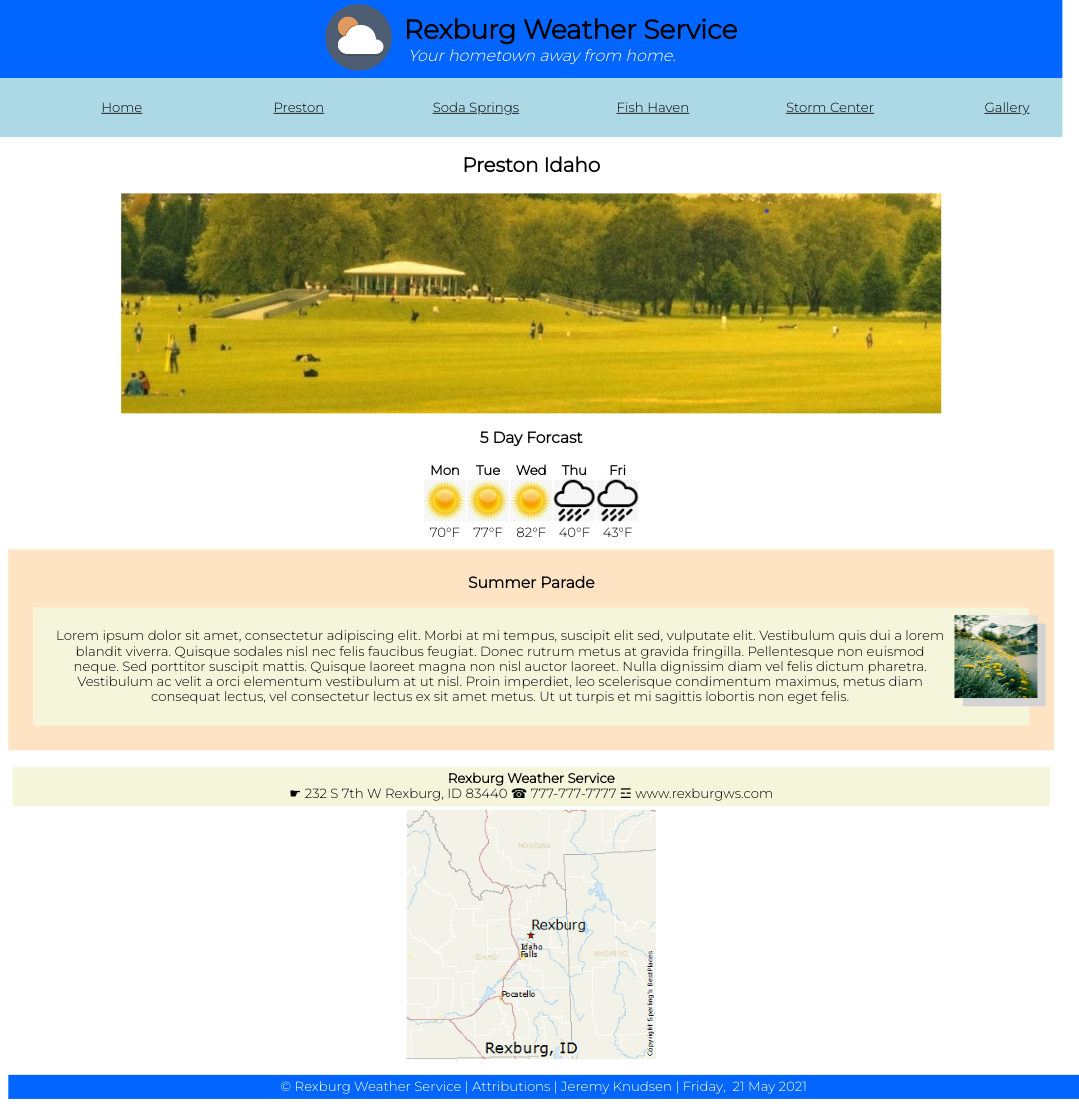
Repository: jknudsen97/jknudsen97.github.io
Page: lesson05/preston-5.html
These files come from the project's save history. The page is drawn as it stood at one moment and after the next save; the edit follows.
The browser window is 1280 px wide. The page is 1300 px wide, so the pictures cover 1300 px, including what lies to the right of the window. The pictures show the whole page, at 83% of full size.

Above is the page before, as saved 2021-05-22 16:43:28.

After the next save:
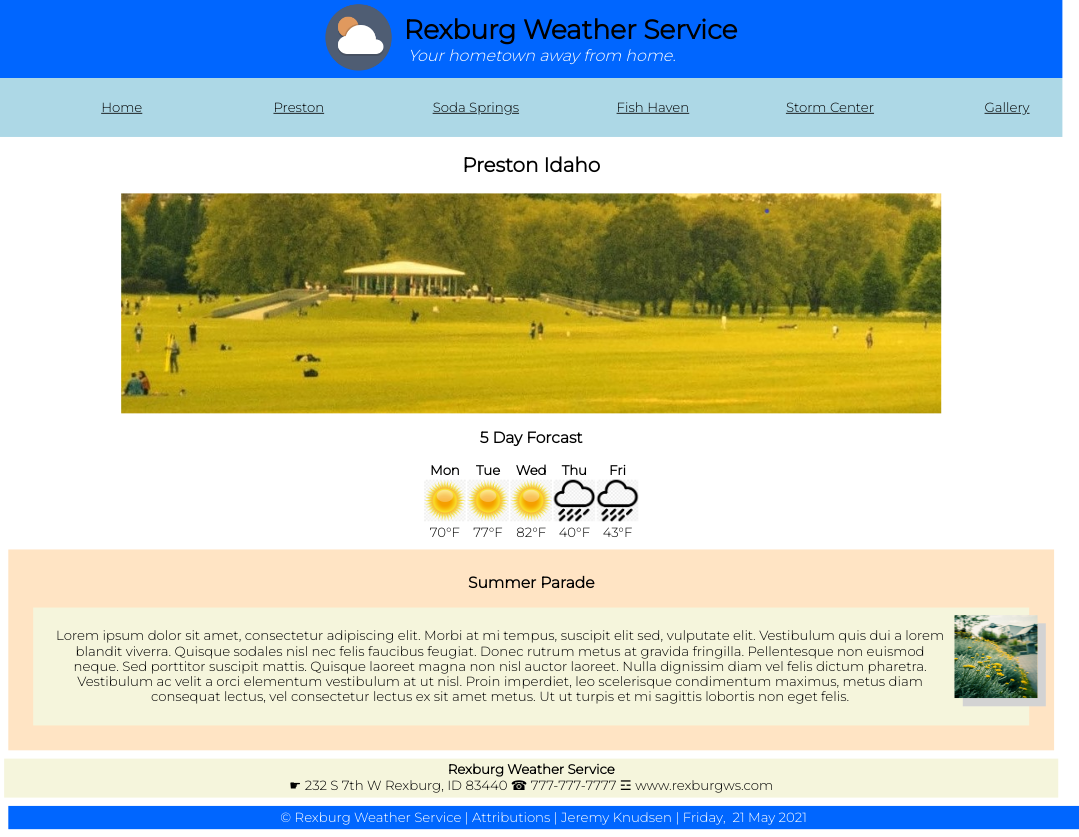
Saved 37 s later.
--- a/lesson05/css/main.css
+++ b/lesson05/css/main.css
@@ -179,14 +179,13 @@ footer {
     display: none;
 }
 
-.contact{
-    margin: 5px;
-    padding: 5px;
-}
-
 .contact-info{
     margin: 5px;
     padding: 5px;
     display: flex;
     flex-direction: column;
 }
+
+.map{
+    display: none;
+}
